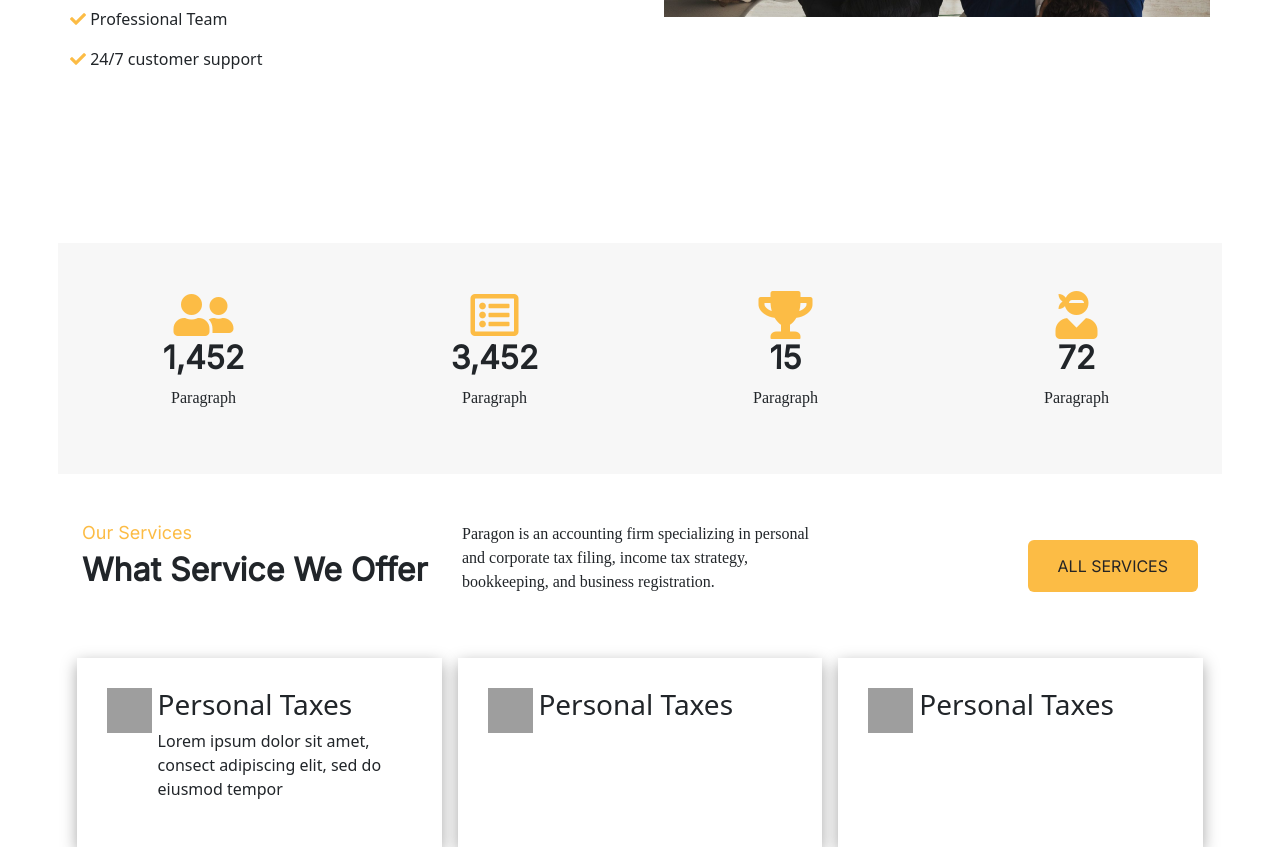
Repository: FailureMaster/paragonaccounting
Page: http://localhost/index.html
The author's editor kept a copy of each file at every save. The page is drawn from the files as they stood at one save, then again after the next save.
The browser window is 1280 px wide. The pictures show the part of the page from y = 1390 to 2342 px (the page is 2237 px tall before and 2342 px after).
Pictures or frames that could not be fetched are drawn as grey boxes. Some web fonts or font styles are not loaded; a fallback is used. The page is run by PHP 8.4 with error messages shown; the project is at /var/www/html/.

Above is the page before, as saved 2022-12-21 00:45:09.

After the next save:
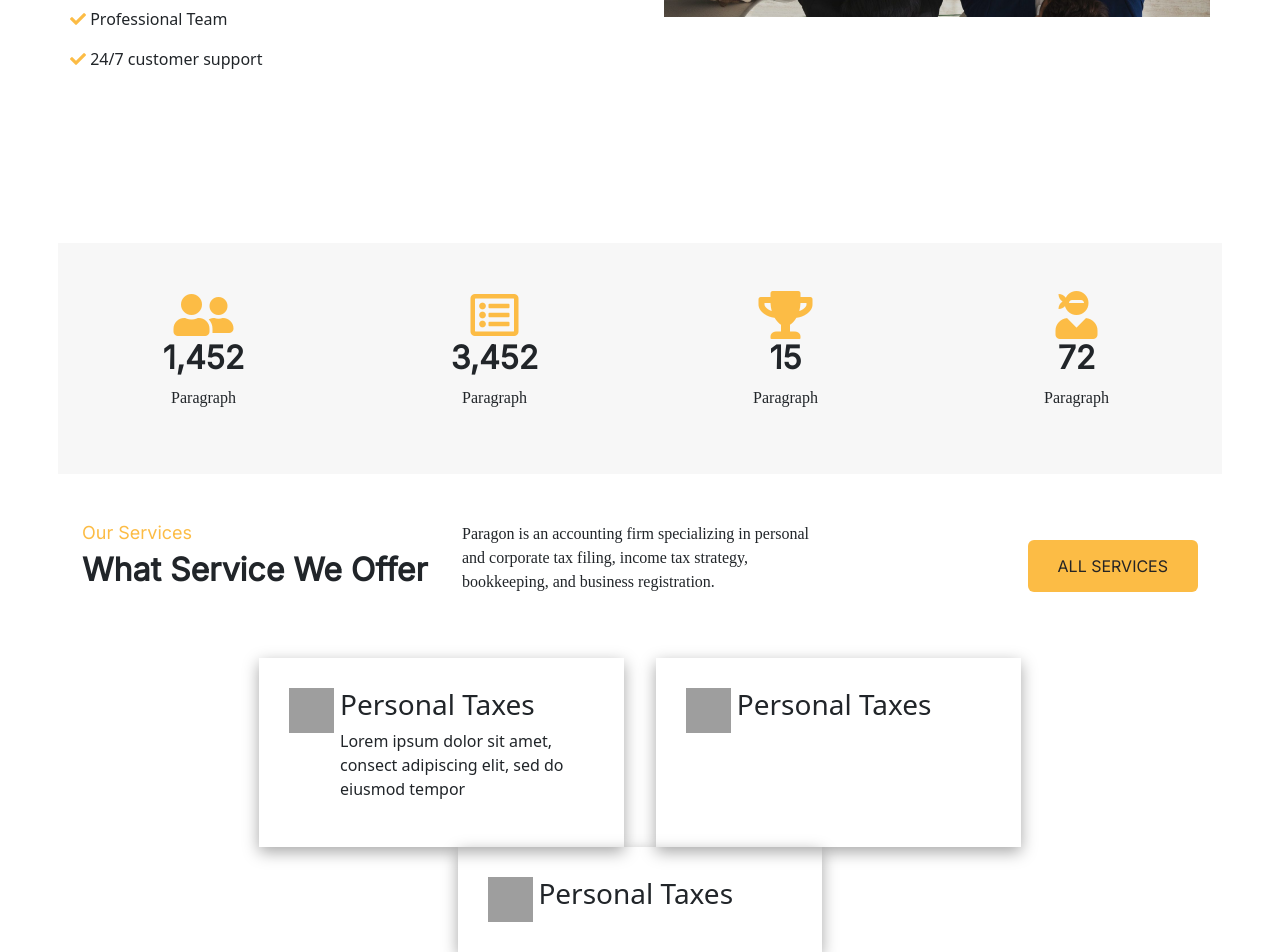
Saved 15 s later.
--- a/assets/css/styles.css
+++ b/assets/css/styles.css
@@ -165,7 +165,7 @@ nav .container {
 }
 
 .service-offer {
-  column-gap: 1rem;
+  column-gap: 2rem;
 }
 
 .service-offer .service-box {
